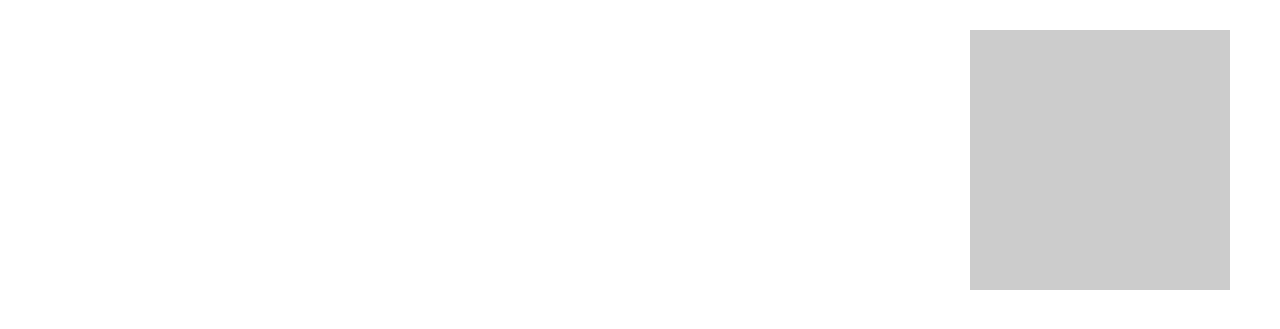
Repository: simDev1234/WebStudy
Page: http://localhost/2022_0603_SessionTracking/test_cookie/popup.jsp
An editor plug-in stored every save of this project. The page is shown before and after a run of saves, followed by the edit.
The browser window is 1280 px wide. The pictures show the whole page.
The page is served by Tomcat 9.

Above is the page before, as saved 2022-06-03 06:37:54.

After the next 2 saves:
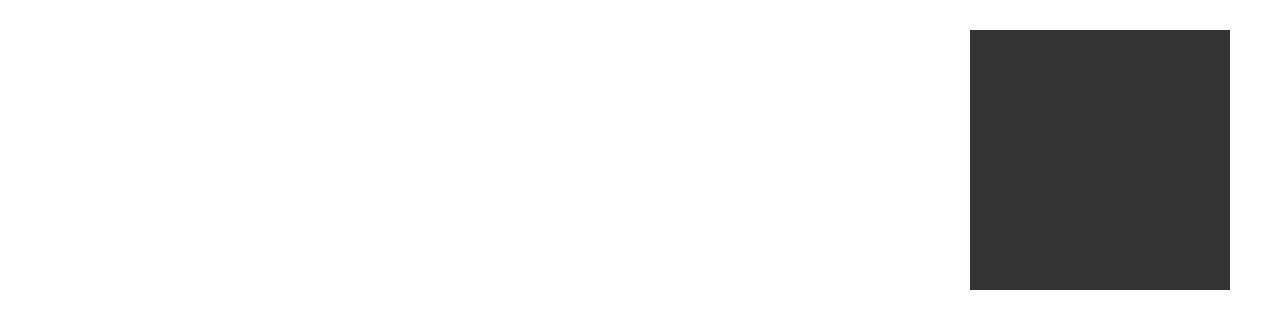
The 2 saves are shown as one change because they came seconds apart.
The last was saved 27 s later.
--- a/_01_상반기_WebStudy/2022_0603_SessionTracking/src/main/webapp/test_cookie/popup.jsp
+++ b/_01_상반기_WebStudy/2022_0603_SessionTracking/src/main/webapp/test_cookie/popup.jsp
@@ -13,7 +13,8 @@
       width : 200px;
       height: 200px;
       padding : 30px;
-      background : #cccccc;
+      background : #333333;
+      color : yellow;
    }
 </style>
 </head>
